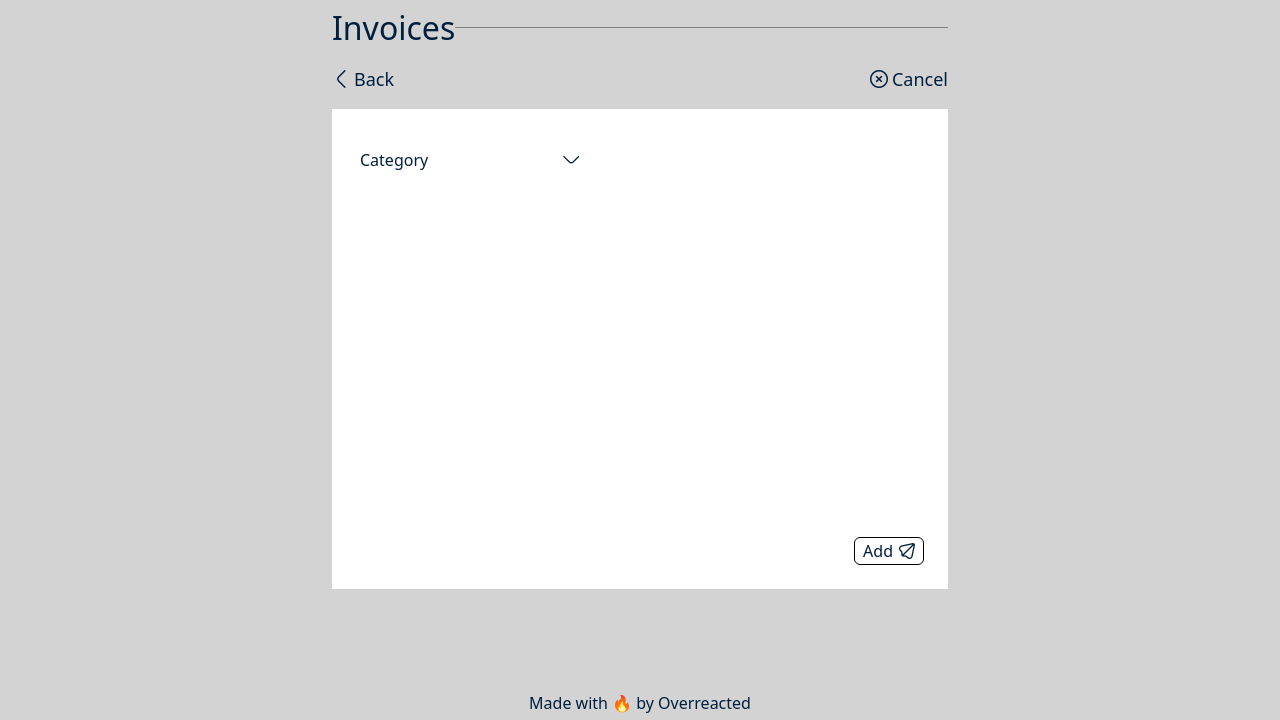
Repository: om1ars/task3
Page: /add-expense
These files come from the project's save history. The page is drawn as it stood at one moment and after a run of saves; the edit follows.
The browser window is 1280 px wide. The pictures show the whole page.
Some web libraries are served in a nearby version. The project was rebuilt for these pictures with package versions that can differ from the ones it lists, and the page was loaded fresh each time. Also part of the build but not shown: src/components/add-form/success-modal.css, src/components/expense-list/card.css, src/components/expense-list/card.js, src/components/expense-list/expense-list.css, src/components/expense-list/index.js, src/pages/home/home.css, src/pages/home/index.js.

Above is the page before, as saved 2021-12-18 14:55:10.

### public/index.html
<!DOCTYPE html>
<html lang="en">
  <head>
    <meta charset="utf-8" />
    <link rel="icon" href="%PUBLIC_URL%/favicon.ico" />
    <meta name="viewport" content="width=device-width, initial-scale=1" />
    <meta name="theme-color" content="#000000" />
    <meta name="description" content="SPA to track all your expenses" />
    <link rel="apple-touch-icon" href="%PUBLIC_URL%/logo192.png" />
    <!--
      manifest.json provides metadata used when your web app is installed on a
      user's mobile device or desktop. See https://developers.google.com/web/fundamentals/web-app-manifest/
    -->
    <link rel="manifest" href="%PUBLIC_URL%/manifest.json" />
    <link rel="preconnect" href="https://fonts.googleapis.com" />
    <link rel="preconnect" href="https://fonts.gstatic.com" crossorigin />
    <link
      href="https://fonts.googleapis.com/css2?family=Noto+Sans&display=swap"
      rel="stylesheet"
    />
    <link
      rel="stylesheet"
      href="https://cdn-uicons.flaticon.com/uicons-regular-rounded/css/uicons-regular-rounded.css"
    />
    <link
      rel="stylesheet"
      href="https://cdn.jsdelivr.net/gh/devicons/devicon@v2.12.0/devicon.min.css"
    />
    <title>Xpensr</title>
  </head>
  <body>
    <noscript>You need to enable JavaScript to run this app.</noscript>
    <div id="root"></div>
    <!--
      This HTML file is a template.
      If you open it directly in the browser, you will see an empty page.

      You can add webfonts, meta tags, or analytics to this file.
      The build step will place the bundled scripts into the <body> tag.

      To begin the development, run `npm start` or `yarn start`.
      To create a production bundle, use `npm run build` or `yarn build`.
    -->
  </body>
</html>

### src/index.js
import React from "react";
import ReactDOM from "react-dom";
import "./index.css";
import App from "./App";
import reportWebVitals from "./reportWebVitals";
import { Provider } from "react-redux";
import store from "./redux/store/index";

ReactDOM.render(
  <Provider store={store}>
    <App />
  </Provider>,
  document.getElementById("root")
);

// If you want to start measuring performance in your app, pass a function
// to log results (for example: reportWebVitals(console.log))
// or send to an analytics endpoint. Learn more: https://bit.ly/CRA-vitals
reportWebVitals();

### src/index.css
body {
  margin: 0;
  font-family: "Noto Sans", sans-serif;
  -webkit-font-smoothing: antialiased;
  -moz-osx-font-smoothing: grayscale;
  background-color: lightgray;
  color: #001f3f;
}
a {
  text-decoration: none;
  color: #001f3f;
}
.button {
  /* background: #71ccca; */
  box-shadow: 20px 20px 60px #60adac, -20px -20px 60px #82ebe8;
}
code {
  font-family: source-code-pro, Menlo, Monaco, Consolas, "Courier New",
    monospace;
}

### src/App.js
import React from "react";
import { BrowserRouter as Router, Route, Switch } from "react-router-dom";
import Footer from "./components/footer";
import Header from "./components/header";
import AddExpense from "./pages/add-expense";
import Home from "./pages/home/index";

const App = () => {
  return (
    <Router>
      <Header />
      <Switch>
        <Route path="/" exact component={Home} />
        <Route path="/add-expense" component={AddExpense} />
      </Switch>
      <Footer />
    </Router>
  );
};

export default App;

### src/redux/store/index.js
import { combineReducers, createStore } from "redux";
import { expenseReducer } from "../reducers/expenses";
const reducer = combineReducers({
  expenses: expenseReducer,
});
const initialState = {};
const store = createStore(reducer, initialState);

export default store;

### src/components/footer/index.js
import React from "react";
import "./footer.css";
const Footer = () => {
  return <footer>Made with 🔥 by Overreacted</footer>;
};

export default Footer;

### src/components/header/index.js
import React from "react";
import "./header.css";
const Header = () => {
  return (
    <div className="header-container">
      <div className="header" style={{ display: "flex", alignItems: "center" }}>
        <div className="header-logo">
          Invoices
        </div>
        <div
          style={{ height: "1px", width: "100%", backgroundColor: "gray" }}
        ></div>
      </div>
    </div>
  );
};

export default Header;

### src/pages/add-expense/index.js
import React from "react";
import AddForm from "../../components/add-form";
import TopFold from "../../components/top-fold";
import "./add-expense.css";
const AddExpense = () => {
  return (
    <div className="add-expense">
      <TopFold />
      <AddForm />
    </div>
  );
};

export default AddExpense;

### src/redux/reducers/expenses.js
import {
  ADD_EXPENSE,
  DELETE_EXPENSE,
  SEARCH_EXPENSE,
} from "../action-types/expenses";

const initialList = () => {
  const list = localStorage.getItem("expense-list");
  let expenses = [];
  if (list) {
    expenses = JSON.parse(list);
  }
  return expenses;
};
const initialState = {
  expenseList: initialList(),
  query: "",
};

export const expenseReducer = (state = initialState, action) => {
  switch (action.type) {
    case ADD_EXPENSE: {
      localStorage.setItem(
        "expense-list",
        JSON.stringify([...state.expenseList, action.data])
      );
      return {
        ...state,
        expenseList: [...state.expenseList, action.data],
        query: "",
      };
    }
    case DELETE_EXPENSE: {
      const { data } = action;
      const updatedList = state.expenseList.filter(
        (item) => item.createdAt !== data.createdAt
      );
      localStorage.setItem("expense-list", JSON.stringify(updatedList));
      return {
        ...state,
        expenseList: updatedList,
      };
    }
    case SEARCH_EXPENSE: {
      const { query } = action;
      return {
        ...state,
        query,
      };
    }
    default:
      return {
        ...state,
      };
  }
};

### src/components/footer/footer.css
footer {
  width: 100%;
  position: fixed;
  bottom: 0;
  display: flex;
  justify-content: center;
  align-items: center;
  padding-bottom: 6px;
}

### src/components/header/header.css
.header-container {
  width: 50%;
  margin: auto;
}
.header {
  display: flex;
  justify-content: space-between;
  align-items: center;
  flex: 1;
  margin: 6px 12px;
}
.header-logo {
  display: flex;
  align-items: center;
  font-size: 32px;
  font-weight: 500;
}
.header-logo i {
  display: flex;
  align-items: center;
  margin-left: 6px;
}

.header-button {
  font-size: 20px;
  display: flex;
  justify-content: center;
  align-items: center;
  border: 1px solid black;
  border-radius: 6px;
  padding: 0px 8px;
}
.header-button i {
  margin-right: 4px;
}

@media only screen and (max-width: 1024px) {
  .header-container {
    width: 90%;
  }
  .header-logo {
    font-size: 28px;
  }
  .header-button {
    font-size: 18px;
  }
}

@media only screen and (max-width: 512px) {
  .header-container {
    width: 100%;
  }
  .header-logo {
    font-size: 24px;
  }
  .header-button {
    font-size: 16px;
  }
}

### src/components/add-form/index.js
import React, { useState } from "react";
import { categories } from "../../constants/add-expense";
import "react-toastify/dist/ReactToastify.css";
import "./add-form.css";
import { toast, ToastContainer } from "react-toastify";
import { useDispatch } from "react-redux";
import { addExpense } from "../../redux/actions/expenses";
import SuccessModal from "./success-modal";

const AddForm = () => {
  const [categoryOpen, setCategoryOpen] = useState(false);
  const cat = categories;
  const [title, setTitle] = useState("");
  const [amount, setAmount] = useState("");
  const [category, setCategory] = useState();
  const dispatch = useDispatch();
  const [modalOpen, setModalOpen] = useState(false);
  const handleTitle = (e) => {
    setTitle(e.target.value);
  };
  const handleAmount = (e) => {
    const val = parseFloat(e.target.value);
    if (isNaN(val)) {
      setAmount("");
      return;
    }
    setAmount(val);
  };
  const handleCategory = (category) => {
    setCategory(category);
    setCategoryOpen(false);
    console.log(category);
  };

  const handleSubmit = () => {
    if (title === "" || amount === "" || !category) {
      const notify = () => toast("Please enter complete data");
      notify();
      return;
    }
    const data = {
      title,
      amount,
      category,
      createdAt: new Date(),
    };
    dispatch(addExpense(data));
    setModalOpen(!modalOpen);
  };

  return (
    <div className="add-form">
      <SuccessModal modalOpen={modalOpen} />
      <ToastContainer
        position="bottom-left"
        autoClose={1500}
        hideProgressBar={false}
        newestOnTop={false}
        closeOnClick
      />
  <div></div>

      <div className="category-container-parent">
        <div className="category">
          <div
            className="category-dropdown"
            onClick={() => setCategoryOpen(!categoryOpen)}
          >
            <label>{category ? category.title : "Category"}</label>
            <i class="fi-rr-angle-down"></i>
          </div>
          {categoryOpen && (
            <div className="category-container">
              {cat.map((category) => (
                <div
                  className="category-item"
                  style={{ borderRight: `5px solid ${category.color}` }}
                  key={category.id}
                  onClick={() => handleCategory(category)}
                >
                </div>
              ))}
            </div>
          )}
        </div>
      </div>
      <div className="form-add-button">
        <div onClick={handleSubmit}>
          <label>Add</label>
          <i class="fi-rr-paper-plane"></i>
        </div>
      </div>
    </div>
  );
};

export default AddForm;

### src/components/top-fold/index.js
import React, { useEffect, useState } from "react";
import { Link, useLocation } from "react-router-dom";
import "./top-fold.css";
import { useDispatch } from "react-redux";
import { searchExpense } from "../../redux/actions/expenses";
const TopFold = () => {
  const [query, setQuery] = useState("");
  const dispatch = useDispatch();
  const handleQuery = (e) => {
    setQuery(e.target.value);
    dispatch(searchExpense(e.target.value));
  };
  return (
    <div className="topfold">
      {window.location.pathname === "/" ? (
        <div className="home-topfold">
          <Link to="/add-expense">
            <div
              className="add-button"
              style={{
                width: "700px",
                backgroundColor: "white",
                padding: 15,
              }}
            >
              <div style={{ marginBottom: 10 }}>Actions</div>
              <label
                style={{
                  padding: "6px 28px",
                  borderRadius: "5px",
                  backgroundColor: "blue",
                }}
              >
                Add
              </label>
            </div>
          </Link>
        </div>
      ) : (
        <div className="add-topfold">
          <Link to="/">
            <div className="add-topfold-button">
              <i class="fi-rr-angle-left"></i>
              <label>Back</label>
            </div>
          </Link>
          <Link to="/">
            <div className="add-topfold-button">
              <i class="fi-rr-cross-circle"></i>
              <label>Cancel</label>
            </div>
          </Link>
        </div>
      )}
    </div>
  );
};

export default TopFold;

### src/pages/add-expense/add-expense.css
.add-expense {
  width: 50%;
  margin: auto;
}

@media only screen and (max-width: 1024px) {
  .add-expense {
    width: 90%;
  }
}

@media only screen and (max-width: 512px) {
  .add-expense {
    width: 100%;
  }
}

### src/redux/action-types/expenses.js
export const ADD_EXPENSE = "ADD_EXPENSE";

export const DELETE_EXPENSE = "DELETE_EXPENSE";

export const SEARCH_EXPENSE = "SEARCH_EXPENSE";

### src/constants/add-expense.js
export const categories = [
  {
    id: 1,
    title: "Education",
    icon: require("../assets/images/education.png"),
    color: "#A95EC2",
  },
  {
    id: 2,
    title: "Healthcare",
    icon: require("../assets/images/healthcare.png"),
    color: "#FF768A",
  },
  {
    id: 3,
    title: "Shopping",
    icon: require("../assets/images/shopping.png"),
    color: "#EC60AB",
  },
  {
    id: 4,
    title: "Food",
    icon: require("../assets/images/food.png"),
    color: "#FF9E6D",
  },
  {
    id: 5,
    title: "Other",
    icon: require("../assets/images/entertainment.png"),
    color: "#FFCB5E",
  },
];

### src/components/add-form/add-form.css
.add-form {
  background: white;
  /* box-shadow: 20px 20px 60px #60adac, -20px -20px 60px #82ebe8; */
  margin: 6px 12px;
  padding: 24px;
  display: flex;
  flex-direction: column;
  /* flex-wrap: wrap; */
  flex: 1;
  height: 60vh;
}
.form-item {
  margin: 12px 0px;
  width: 70%;
  padding: 4px;
  border-radius: 6px;
  background-color: white;
}
.form-item label {
  background-color: lightgrey;
  padding: 2px 12px;
  border-radius: 0px 4px 4px 0px;
}
.form-item input {
  font-size: 16px;
  border: none;
  width: 70%;
  outline: none;
}
.category-container-parent {
  display: flex;
  flex-direction: column;
  flex: 1;
}
.category {
  position: relative;
  width: 40%;
}
.category-dropdown {
  display: flex;
  justify-content: space-between;
  align-items: center;
  margin: 12px 0px;
  background-color: white;
  border-radius: 6px;
  padding: 4px;
}
.category-dropdown i {
  display: flex;
  align-items: center;
}

.category-container {
  display: flex;
  position: absolute;
  width: 100%;
  flex-direction: column;
  background: #ffffff;
}

.category-item {
  width: 98%;
  display: flex;
  justify-content: space-between;
  padding: 8px 0px;
  cursor: pointer;
}
.category-item img {
  height: 32px;
  margin-right: 20px;
}

.form-add-button {
  display: flex;
  justify-content: flex-end;
}
.form-add-button div {
  display: flex;
  border: 1px solid black;
  padding: 2px 8px;
  border-radius: 6px;
  cursor: pointer;
}

.form-add-button div i {
  display: flex;
  align-items: center;
  margin-left: 6px;
}

@media only screen and (max-width: 1024px) {
  .form-item {
    width: 100%;
  }
  .form-item input {
    width: 70%;
  }
  .amount-input {
    width: 50% !important;
  }
  .category {
    width: 80%;
  }
}

### src/redux/actions/expenses.js
import {
  ADD_EXPENSE,
  DELETE_EXPENSE,
  SEARCH_EXPENSE,
} from "../action-types/expenses";

export const addExpense = (data) => {
  return {
    type: ADD_EXPENSE,
    data,
  };
};

export const deleteExpense = (data) => {
  console.log(data, "Action");
  return {
    type: DELETE_EXPENSE,
    data,
  };
};

export const searchExpense = (query) => {
  console.log(query);
  return {
    type: SEARCH_EXPENSE,
    query,
  };
};

### src/components/add-form/success-modal.js
import React from "react";
import Modal from "react-modal";
import { Link } from "react-router-dom";
import "./success-modal.css";
const SuccessModal = ({ modalOpen, setModalOpen }) => {
  const customStyles = {
    content: {
      top: "50%",
      left: "50%",
      right: "auto",
      bottom: "auto",
      marginRight: "-50%",
      transform: "translate(-50%, -50%)",
      backgroundColor: "#71ccca",
      borderRadius: "12px",
    },
  };
  return (
    <Modal isOpen={modalOpen} style={customStyles}>
      <div className="modal-inner">
        <label>Expense Added Successfully!</label>
        <img
          src={require("../../assets/images/added-image.png").default}
          alt="Expense Added"
          className="added-image"
        />
        <Link to="/">
          <div className="take-home-button">
            <i class="fi-rr-home"></i>
            Home
          </div>
        </Link>
      </div>
    </Modal>
  );
};

export default SuccessModal;

### src/components/top-fold/top-fold.css
.topfold {
  display: flex;
  justify-content: space-between;
  margin: 6px 12px;
  padding: 12px 0px;
  align-items: center;
}
.home-topfold {
  display: flex;
  justify-content: space-between;
  flex: 1;
}
.searchbar {
  display: flex;
  align-items: center;
  width: 50%;
  background-color: white;
  border-radius: 12px;
}
.searchbar input {
  width: 80%;
  outline: none;
  padding: 8px 0px;
  border: none;
  margin-left: 6px;
  background-color: white;
}

.searchbar i {
  display: flex;
  align-items: center;
  margin-left: 6px;
}

.add-button {
  /* display: flex; */
  align-items: center;
  border-radius: 4px;
  border: 1px solid white;
  font-size: 20px;
  padding: 0px 8px;
  border-radius: 6px;
  cursor: pointer;
}

.add-button i {
  display: flex;
  align-items: center;
  margin-right: 4px;
}
.add-topfold {
  display: flex;
  justify-content: space-between;
  flex: 1;
}
.add-topfold-button {
  display: flex;
  align-items: center;
  font-size: 18px;
  cursor: pointer;
}
.add-topfold-button i {
  display: flex;
  align-items: center;
  margin-right: 4px;
}

@media only screen and (max-width: 1024px) {
  .add-button {
    font-size: 18px;
  }
  .searchbar {
    width: 70%;
  }
}

@media only screen and (max-width: 512px) {
  .add-button {
    font-size: 16px;
  }
}

Loaded but not shown: src/reportWebVitals.js (common file)

After the next 2 saves:
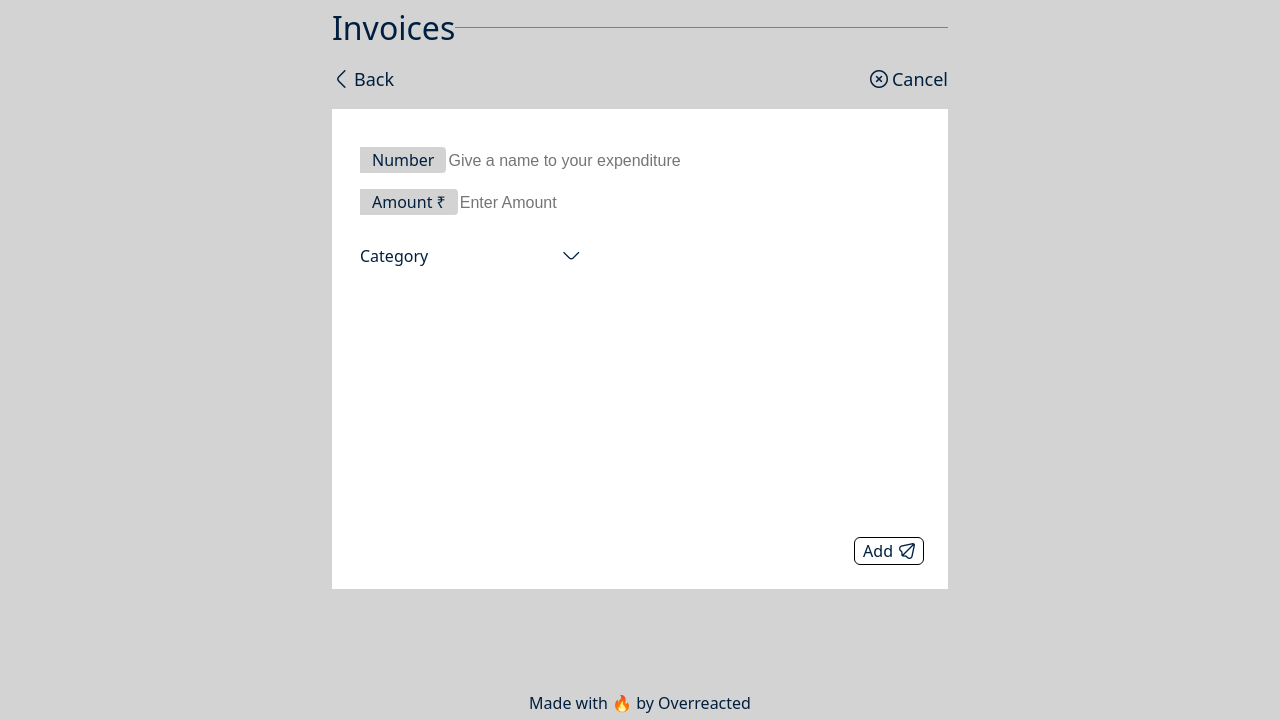
The 2 saves are shown as one change because they came seconds apart.
The last was saved 5 s later.
--- a/src/components/add-form/index.js
+++ b/src/components/add-form/index.js
@@ -58,7 +58,25 @@ const AddForm = () => {
         newestOnTop={false}
         closeOnClick
       />
-  <div></div>
+      <div>
+        <div className="form-item">
+          <label>Number</label>
+          <input
+            placeholder="Give a name to your expenditure"
+            value={title}
+            onChange={(e) => handleTitle(e)}
+          />
+        </div>
+        <div className="form-item">
+          <label>Amount ₹</label>
+          <input
+            placeholder="Enter Amount"
+            className="amount-input"
+            onChange={(e) => handleAmount(e)}
+            value={amount}
+          />
+        </div>
+      </div>
 
       <div className="category-container-parent">
         <div className="category">
@@ -77,8 +95,7 @@ const AddForm = () => {
                   style={{ borderRight: `5px solid ${category.color}` }}
                   key={category.id}
                   onClick={() => handleCategory(category)}
-                >
-                </div>
+                ></div>
               ))}
             </div>
           )}
